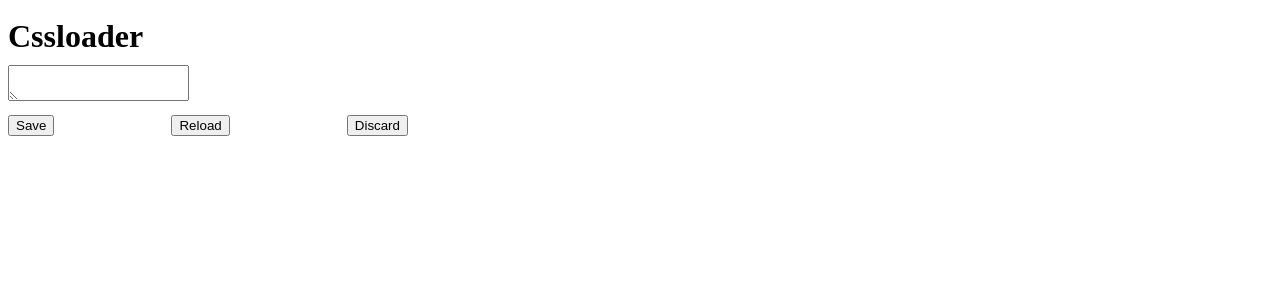
Repository: officialErnests/cssLoader
Page: popup.html
These files come from the project's save history. The page is drawn as it stood at one moment and after the next save; the edit follows.
The browser window is 1280 px wide. The pictures show the whole page.

Above is the page before, as saved 2026-06-19 13:29:09.
Console error: TypeError: Cannot read properties of null (reading 'addEventListener')

After the next save:
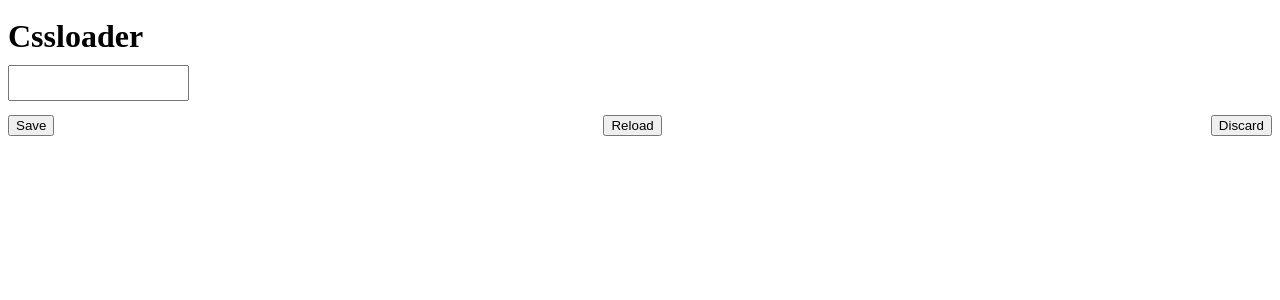
Saved 19 s later.
--- a/style.css
+++ b/style.css
@@ -3,8 +3,6 @@ body {
     flex-direction: column;
     gap: 10px;
     overflow: hidden;
-    width: 400px;
-    height: 400px;
 }
 * {
 
@@ -18,5 +16,5 @@ h1 {
     justify-content: space-between;
 }
 textarea {
-    direction: rtl;
+    resize: none;
 }
